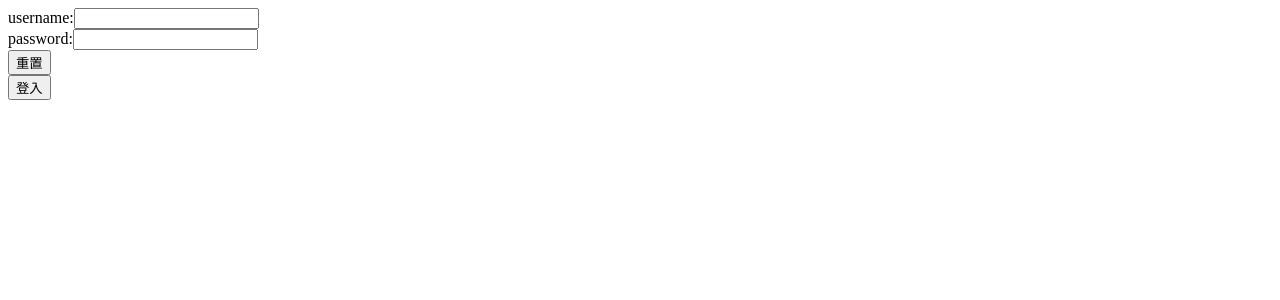
Repository: wikelgc/JSP
Page: ZhuCe/WebRoot/Logon.html
These files come from the project's save history. The page is drawn as it stood at one moment and after the next save; the edit follows.
The browser window is 1280 px wide. The pictures show the whole page.

Above is the page before, as saved 2015-05-31 12:08:46.

After the next save:
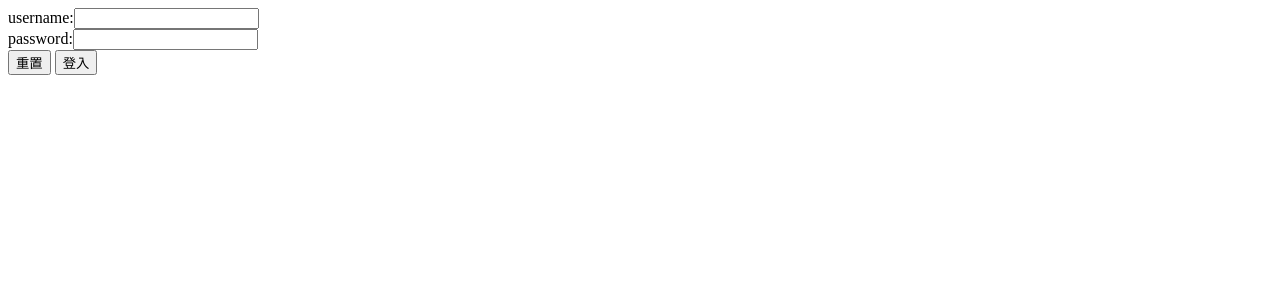
Saved 27 s later.
--- a/ZhuCe/WebRoot/Logon.html
+++ b/ZhuCe/WebRoot/Logon.html
@@ -7,13 +7,19 @@
 var value = document.myform.name.value ;      // 取得输入的内容
 var password = document.myform.password.value ;      // 取得输入的内容
           if(value == "admin"){
-              if(password == "000")
+              if(password == "000"){
                   alert("登入成功") ;
-              else
+                  window.location.href="success.html";
+               }
+              else{
                 alert("密码错误") ;
+                window.location.href="fail.html";
+              }
           }
-          else
+          else{
            alert("用户名输入错误") ;
+           window.location.href="fail.html";
+          }
 		}
 	</script>
 </head>
@@ -21,7 +27,7 @@ var password = document.myform.password.value ;      // 取得输入的内容
 <form action="" method="post" name="myform" onsubmit = "show()">  <!-- 表单开始标记 -->
 username:<input type="text" name="name"><br>
 password:<input type="text" name="password"><br>
-<input type = "reset" value = "重置"><br>
+<input type = "reset" value = "重置">
 <input type="submit" value="登入"><br>
 </form>
 </body>
